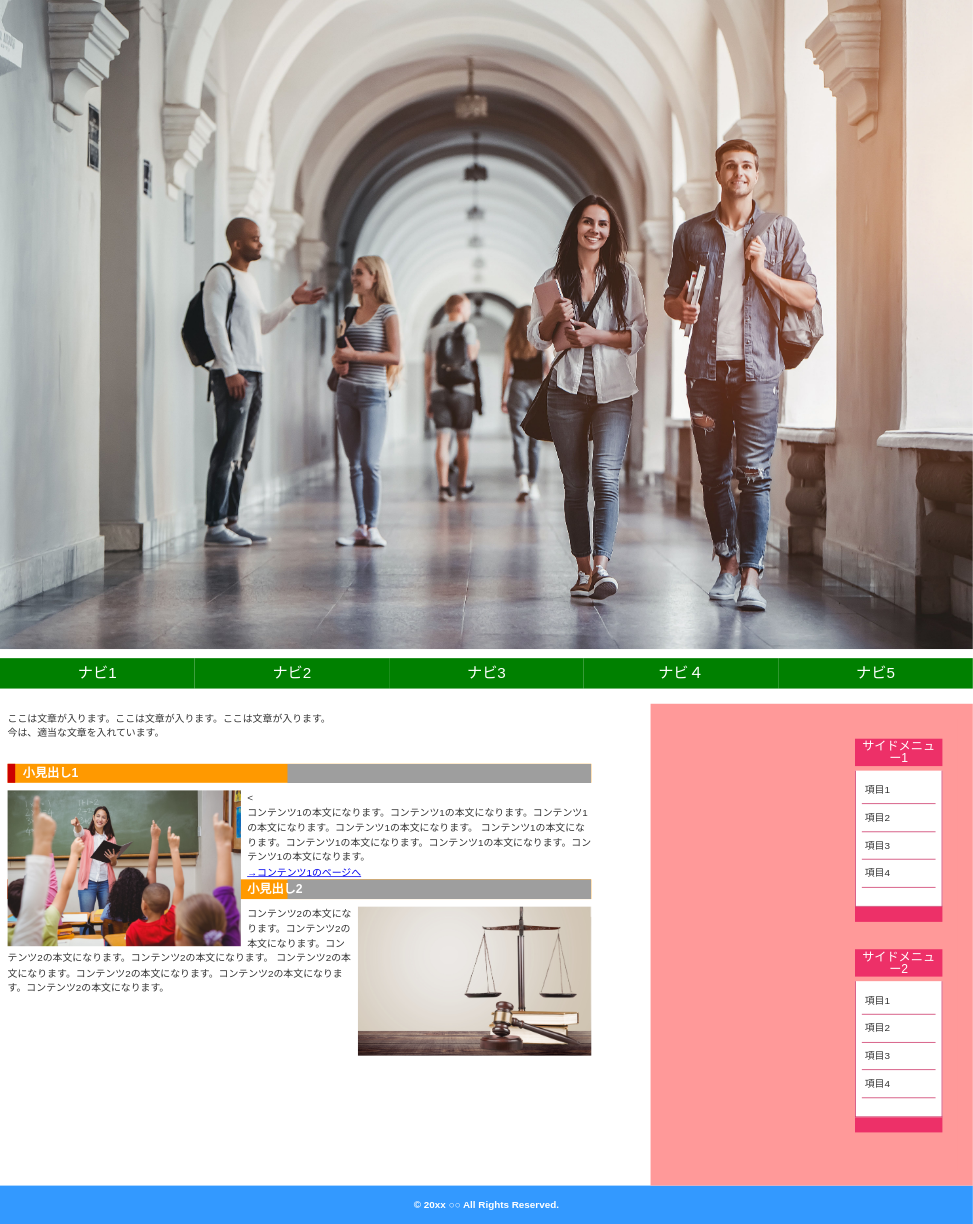
Repository: sxunta/samurai_HTML-CSS
Page: home.html
The author's editor kept a record of every edit. The page is drawn from the files as they stood at one moment, then again after the next edit.
The browser window is 1280 px wide. The pictures show the whole page, at 76% of full size.
Pictures or frames that could not be fetched are drawn as grey boxes.

Above is the page before.

After the next edit:
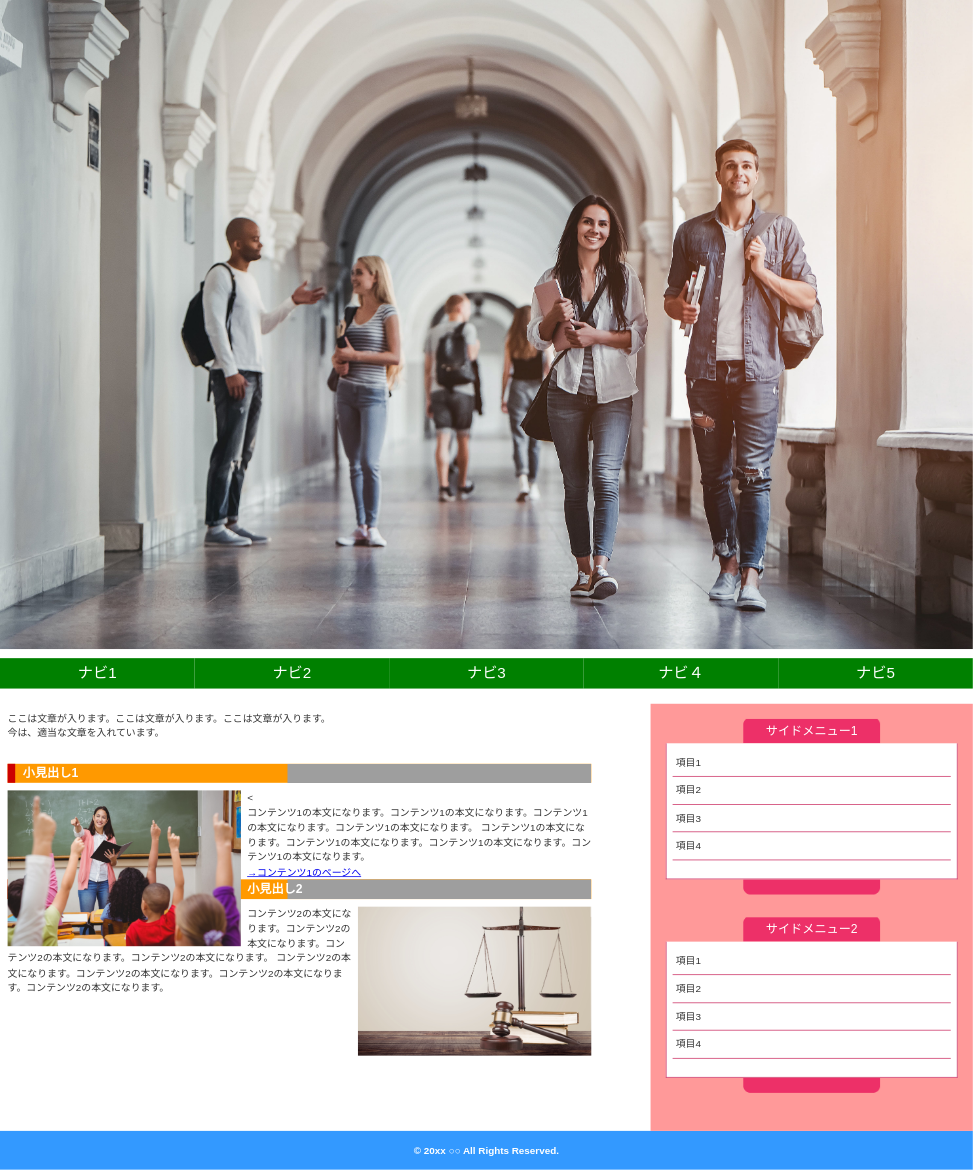
The edit:
--- a/home.html
+++ b/home.html
@@ -41,8 +41,7 @@
                       </div>
                  </div>
             </div>
-            　　<div id="side">
-            　　    <div id="side">
+            　<div id="side">
                 <div class="box">
                     <h2>サイドメニュー1</h2>
                     <div class="boxBody">
